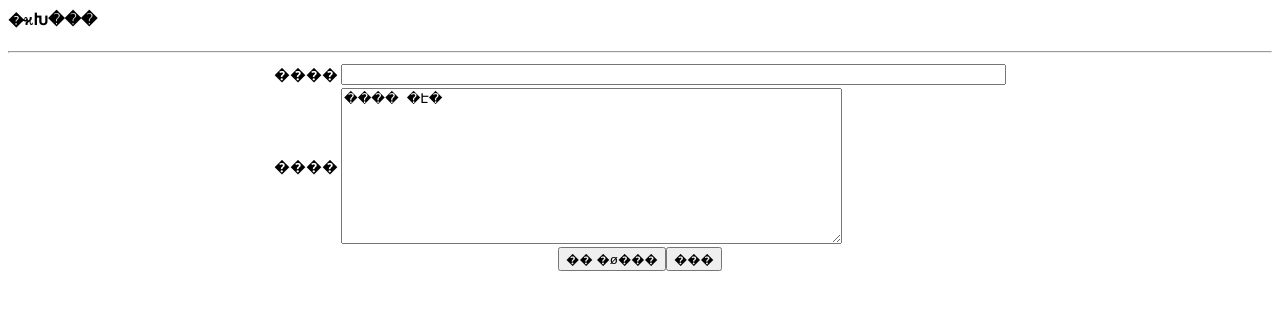
Repository: 2ujin/2018-PHP-afterschool
Page: http://localhost/CH06/ch06_05.php
The author's editor kept a copy of each file at every save. The page is drawn from the files as they stood at one save, then again after the next save.
The browser window is 1280 px wide. The pictures show the whole page.
The page is run by PHP 8.4 with error messages shown; the project is at /var/www/html/.

Above is the page before, as saved 2018-07-31 01:16:57.

After the next save:
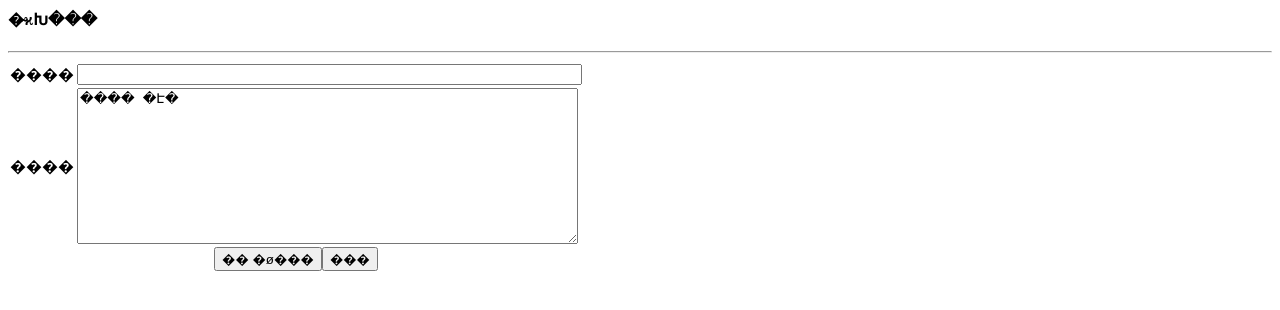
Saved 8 s later.
--- a/PHPStudy/CH06/ch06_05.php
+++ b/PHPStudy/CH06/ch06_05.php
@@ -1,7 +1,7 @@
 <html>
 <h4>미니게시판</h4><hr>
-<table  width = "60" cellspacing="1" cellpaddding="4" align = "center">
-<tr><td>제목</td><td><input type = text size = '80' id = title></input></td></tr>
+<table  width = "60" cellspacing="1" cellpaddding="4" >
+<tr><td>제목</td><td><input type = text size = 60 id = title></input></td></tr>
 <tr><td valign = "middle">내용</td><td><textarea name = "content" cols = "60" rows = "10">내용 입력</textarea></td></tr>
 <tr><td align="center" colspan = "2"><input type = "submit" value = "글 올리기" id = "submit"><input type="submit" value = "취소" id = "cancel"></td></tr>
 </table>
